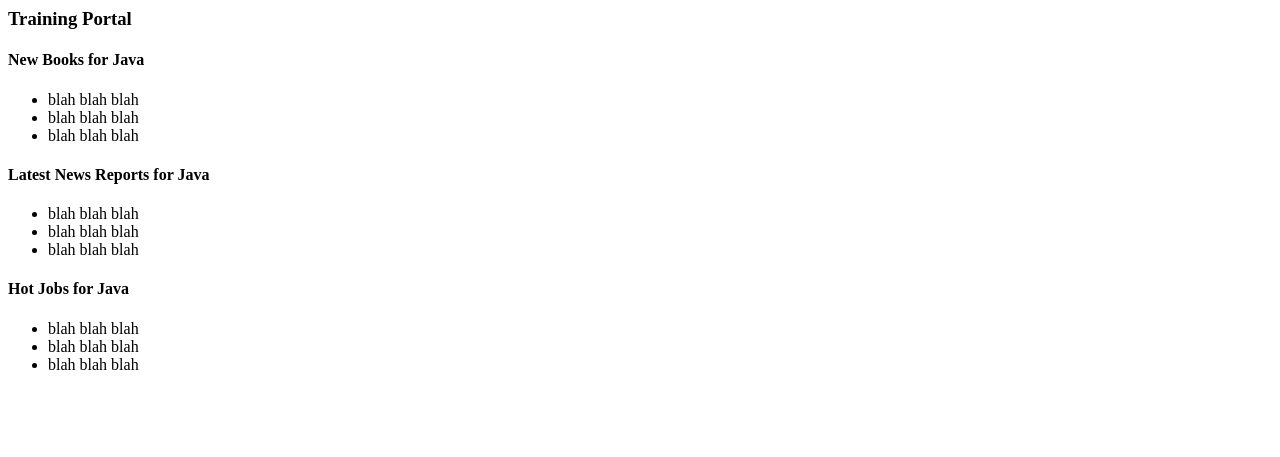
Repository: bpaudel2/jsp-and-servlets-demo
Page: http://localhost/jspdemo/cookies-homepage.jsp
These files come from the project's save history. The page is drawn as it stood at one moment and after the next save; the edit follows.
The browser window is 1280 px wide. The pictures show the whole page.
The page is served by Tomcat 9. Other server files are loaded and not shown.

Above is the page before, as saved 2019-05-26 02:42:41.

### jspdemo/WebContent/cookies-homepage.jsp
<html>
<body>
<h3>Training Portal</h3>

<%
	String favLang = "Java";
	Cookie[] theCookies = request.getCookies();
	if(theCookies!=null){
		for(Cookie tempCookie:theCookies){
			if("myApp.favoriteLanguage".equals(tempCookie.getName())){
				favLang = tempCookie.getValue();
			}
		}
	}

%>

<h4>New Books for <%= favLang %></h4>
<ul>
	<li>blah blah blah</li>
	<li>blah blah blah</li>
	<li>blah blah blah</li>
</ul>
<h4>Latest News Reports for <%= favLang %></h4>
<ul>
	<li>blah blah blah</li>
	<li>blah blah blah</li>
	<li>blah blah blah</li>
</ul>
<h4>Hot Jobs for <%= favLang %></h4>
<ul>
	<li>blah blah blah</li>
	<li>blah blah blah</li>
	<li>blah blah blah</li>
</ul>
</body>


</html>

After the next save:
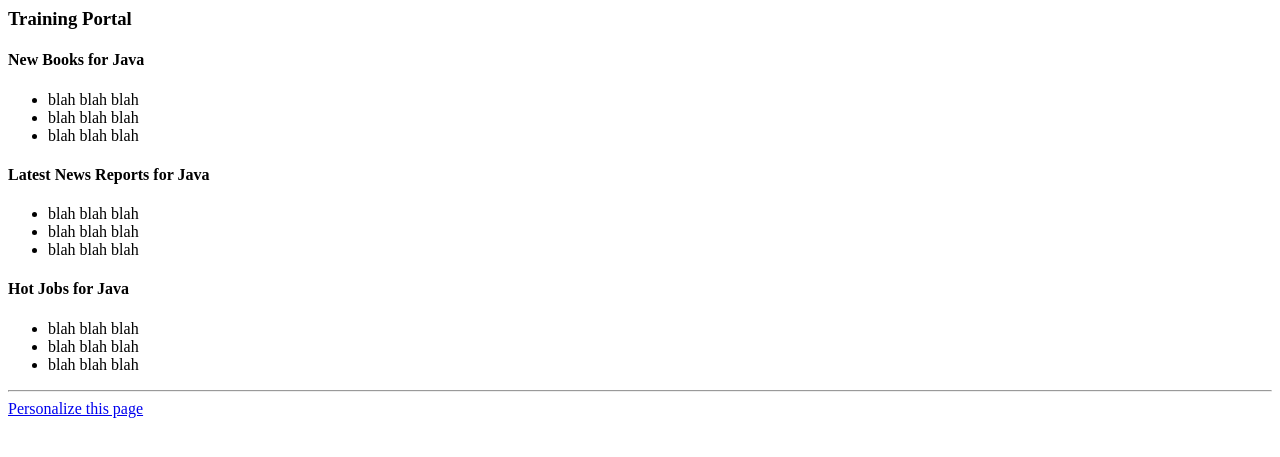
Saved 71 s later.
--- a/jspdemo/WebContent/cookies-homepage.jsp
+++ b/jspdemo/WebContent/cookies-homepage.jsp
@@ -34,6 +34,7 @@
 	<li>blah blah blah</li>
 </ul>
 </body>
-
+<hr>
+<a href="cookies-personalize-form.html">Personalize this page</a>
 
 </html>
